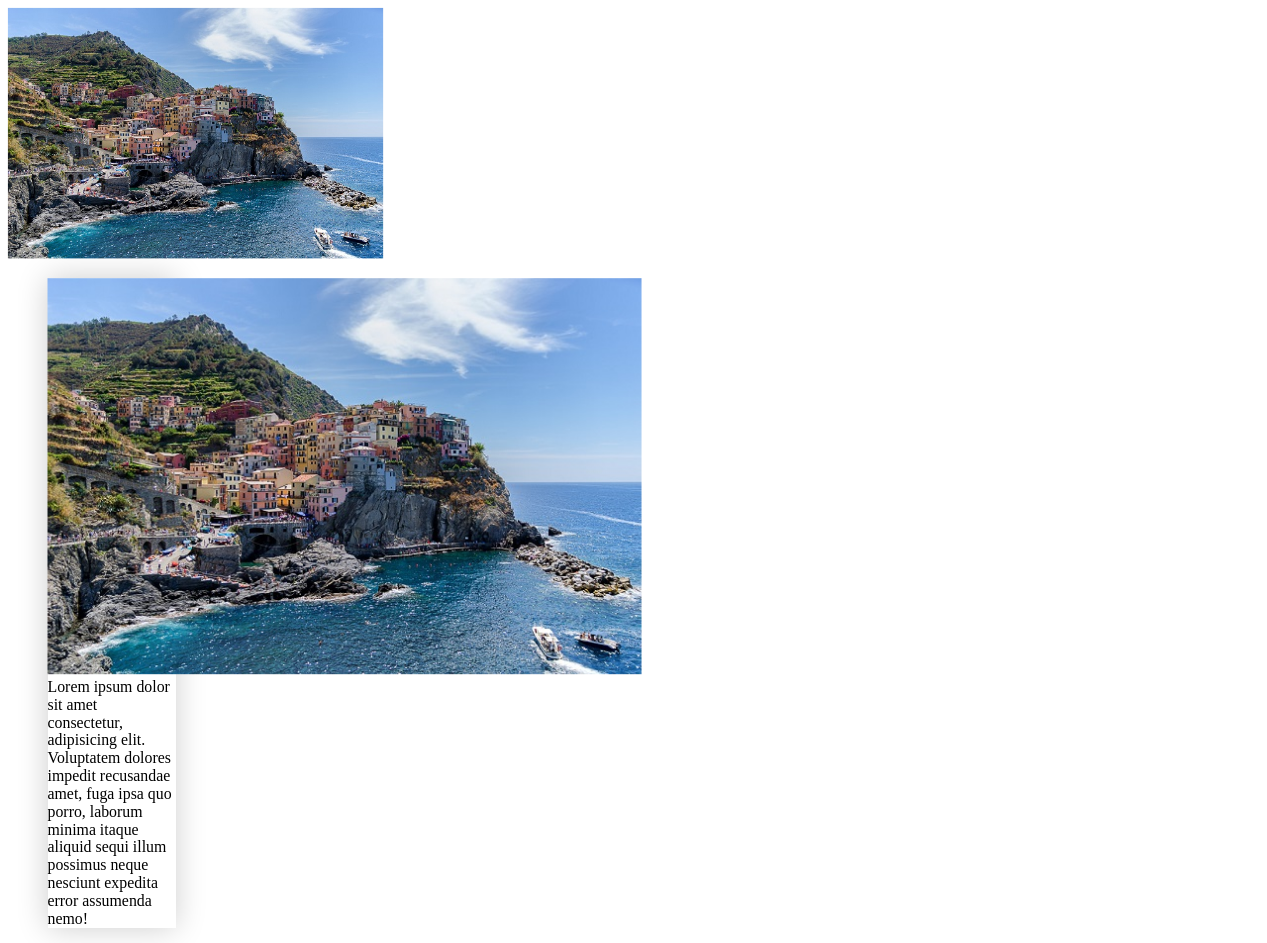
Repository: EmanuelUrbano/introducao_a_tecnologias
Page: 05_05_2022/dropdown_image/index.html
These files come from the project's save history. The page is drawn as it stood at one moment and after the next save; the edit follows.
The browser window is 1280 px wide. The pictures show the whole page, at 99% of full size.

Above is the page before, as saved 2022-05-10 08:01:56.

After the next save:
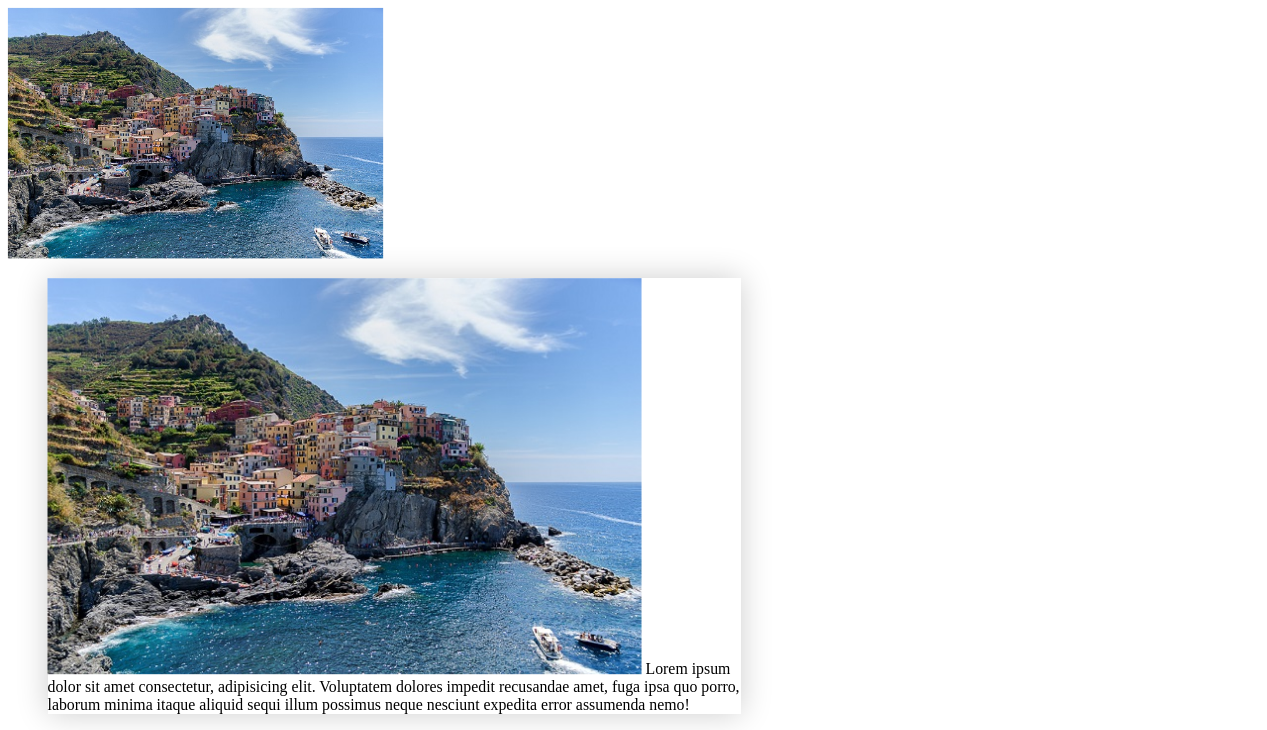
Saved 5 s later.
--- a/05_05_2022/dropdown_image/style.css
+++ b/05_05_2022/dropdown_image/style.css
@@ -6,5 +6,5 @@ img.imagem_pequena{
 
 figure{
     box-shadow: 0 0 30px 0 rgba(0, 0, 0, 0.2);
-    width: 130px;
+    width: 700px;
 }
